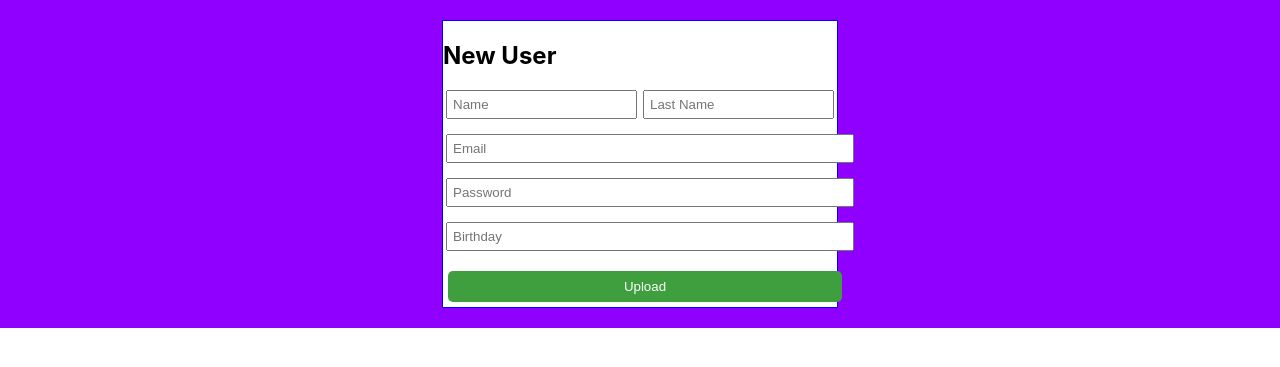
Repository: RobertAries28/CrudUsuarios
Page: /
The author's editor kept a copy of each file at every save. The page is drawn from the files as they stood at one save, then again after the next save.
The browser window is 1280 px wide. The pictures show the whole page.
The page's requests for data from a server got no answer. The project was rebuilt for these pictures with package versions that can differ from the ones it lists, and the page was loaded fresh each time. No one was signed in, and anything a server would have sent is missing.

Above is the page before, as saved 2022-05-23 19:22:47.

After the next save:
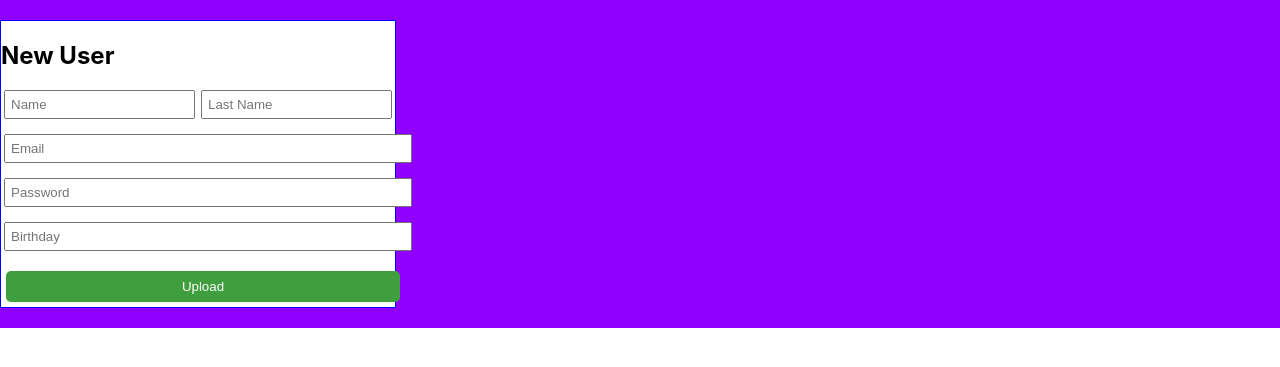
Saved 22 s later.
--- a/src/App.css
+++ b/src/App.css
@@ -34,7 +34,7 @@ ul{
   align-items: center;
   border: 1px solid blue;
   background: white;
-  margin: auto;
+
 
 }
 
